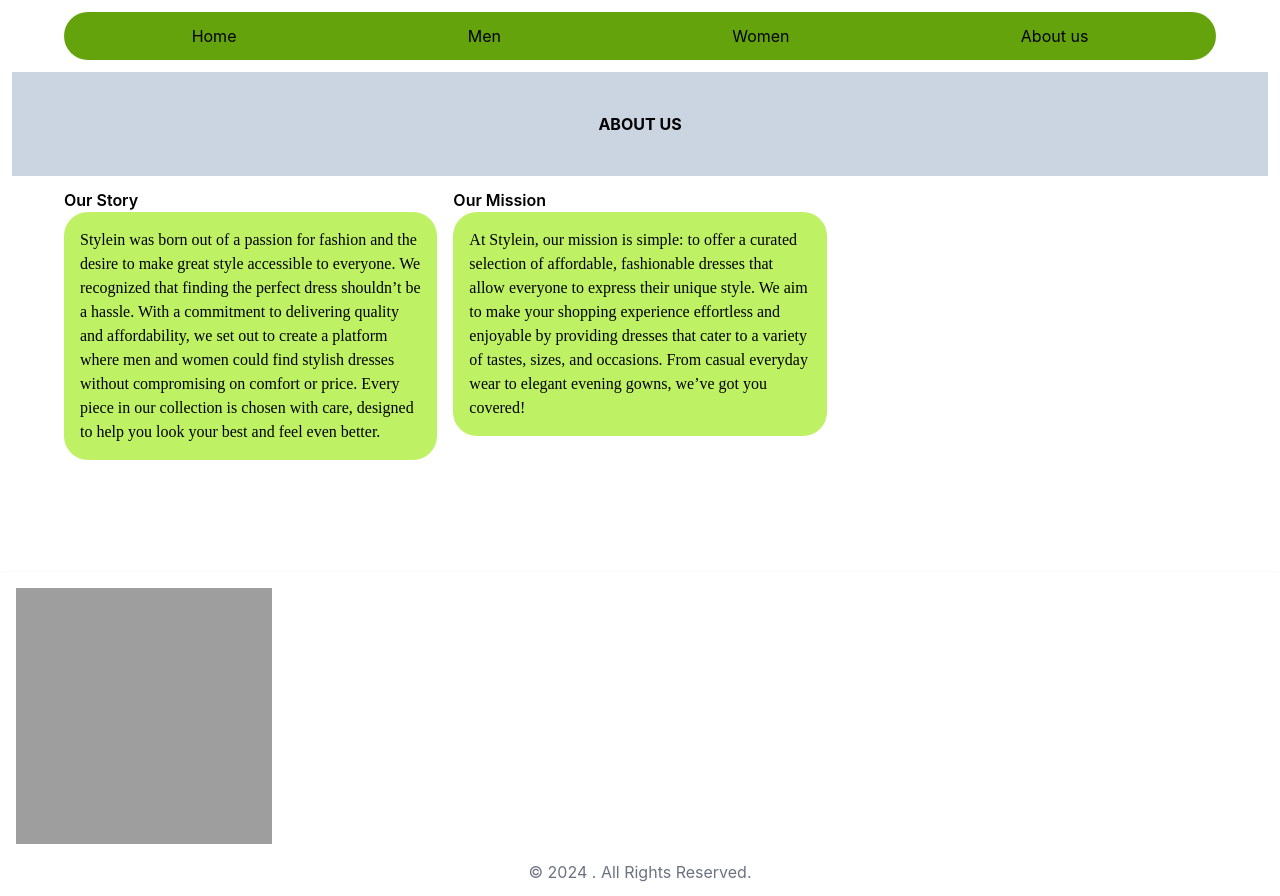
Repository: Mohankkanth/StyleIn_ShoppingSite
Page: /AboutUs
These files come from the project's save history. The page is drawn as it stood at one moment and after the next save; the edit follows.
The browser window is 1280 px wide. The pictures show the whole page.
Pictures or frames that could not be fetched are drawn as grey boxes. The project was rebuilt for these pictures with package versions that can differ from the ones it lists, and the page was loaded fresh each time. Also part of the build but not shown: vite.config.js, src/component/Home/Home.jsx, src/component/api/MenProducts.jsx, src/component/Men/Men.jsx, src/component/Women/Women.jsx, src/component/api/KidsProducts.jsx, src/component/Kids/Kids.jsx, src/component/Errorpage/Errorpage.jsx and 18 more.

Above is the page before, as saved 2024-11-23 14:01:00.

After the next save:
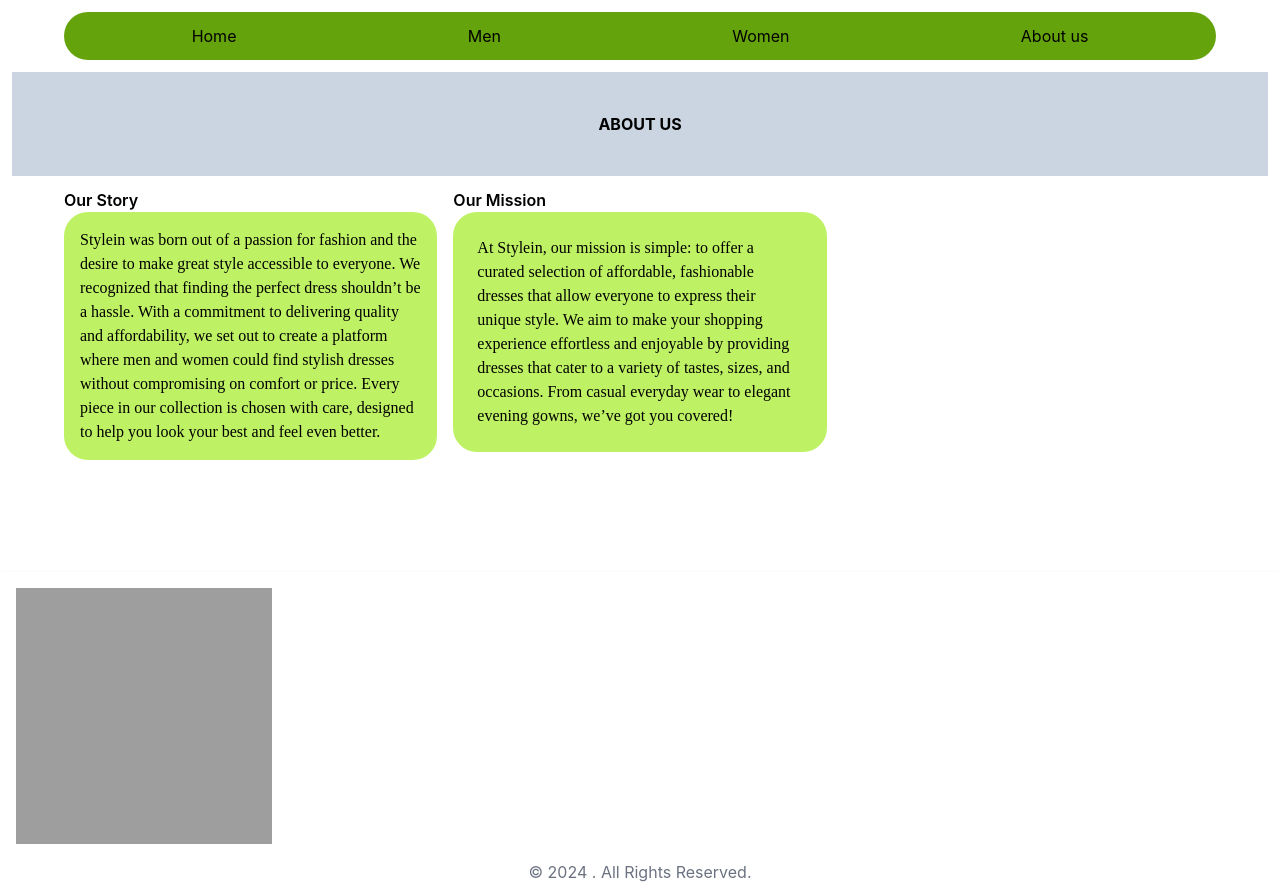
Saved 9 s later.
--- a/src/component/AboutUs/Aboutus.jsx
+++ b/src/component/AboutUs/Aboutus.jsx
@@ -16,7 +16,7 @@
                     </div>
                     <div>
                         <p className='font-semibold text-justify '>Our Mission</p>
-                        <p className='bg-lime-300 p-4 rounded-3xl font-[Raleway] p-'>At Stylein, our mission is simple: to offer a curated selection of affordable, fashionable dresses that allow everyone to express their unique style. We aim to make your shopping experience effortless and enjoyable by providing dresses that cater to a variety of tastes, sizes, and occasions. From casual everyday wear to elegant evening gowns, we’ve got you covered!</p>
+                        <p className='bg-lime-300 p-4 rounded-3xl font-[Raleway] p-6'>At Stylein, our mission is simple: to offer a curated selection of affordable, fashionable dresses that allow everyone to express their unique style. We aim to make your shopping experience effortless and enjoyable by providing dresses that cater to a variety of tastes, sizes, and occasions. From casual everyday wear to elegant evening gowns, we’ve got you covered!</p>
                     </div>
 
 
